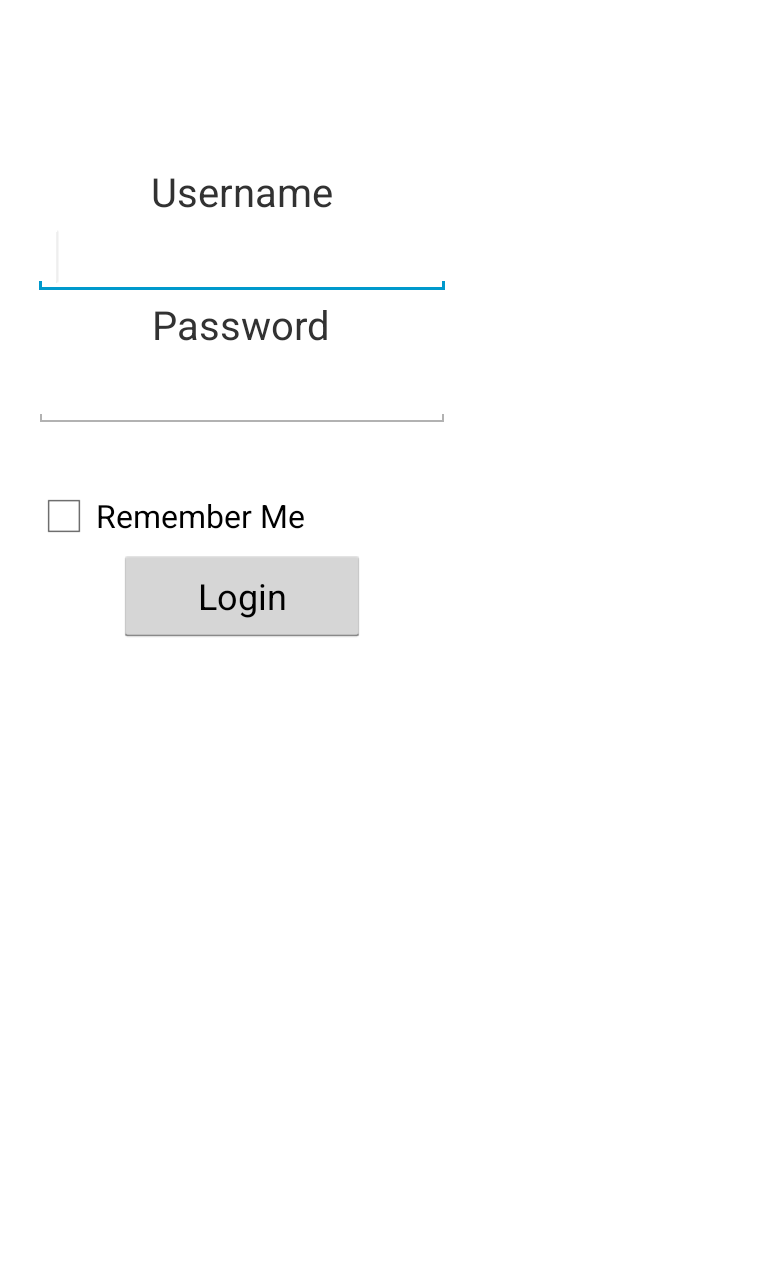
Repository: emeryduh/AndroidProject
Layout: client/TeamJonesProject/res/layout/activity_login.xml
The author's editor kept a copy of each file at every save. The layout is drawn from the files as they stood at one save, then again after the next save.
It is drawn on a 768 x 1280 px phone screen (xhdpi) without system bars, with theme AppTheme; the app's code is not run.

Above is the layout before, as saved 2014-10-01 01:21:10.

After the next save:
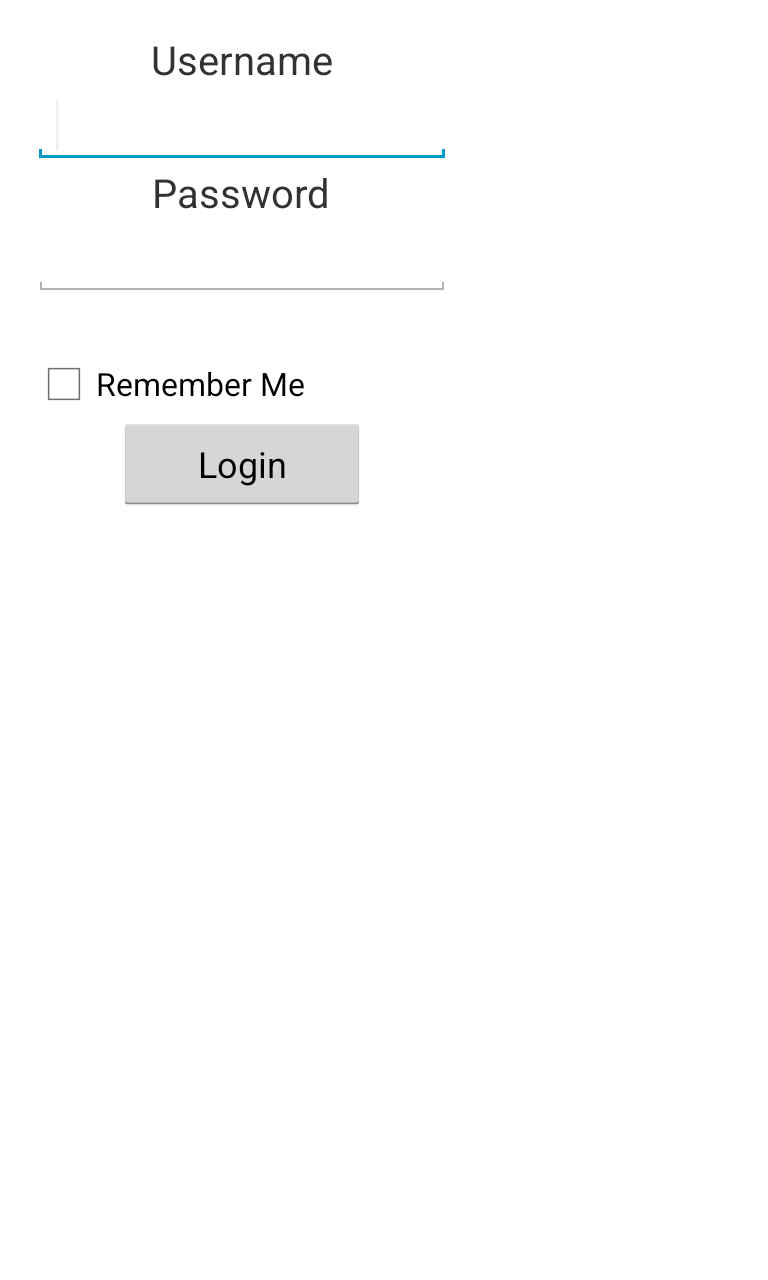
Saved 7 s later.
--- a/client/TeamJonesProject/res/layout/activity_login.xml
+++ b/client/TeamJonesProject/res/layout/activity_login.xml
@@ -30,7 +30,6 @@
             android:layout_width="wrap_content"
             android:layout_height="wrap_content"
             android:layout_gravity="center_horizontal"
-            android:layout_marginTop="66dp"
             android:text="@string/username_text"
             android:textSize="20sp" />
 
